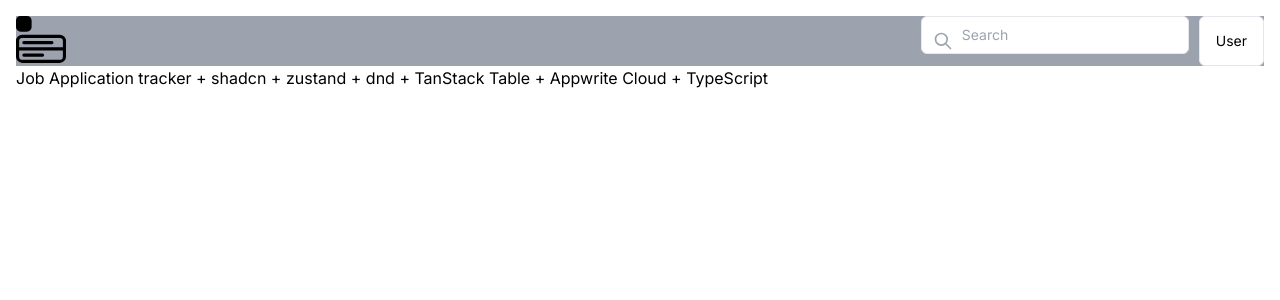
Repository: Vasil1001/job-applications-tracker-nextjs
Page: /
These files come from the project's save history. The page is drawn as it stood at one moment and after the next save; the edit follows.
The browser window is 1280 px wide. The pictures show the whole page.
The project was rebuilt for these pictures with package versions that can differ from the ones it lists, and the page was loaded fresh each time. The framework's server and built-in components were replaced by stand-ins that run in the browser. Also part of the build but not shown: next.config.js.

Above is the page before, as saved 2023-06-24 15:53:00.

### app/layout.tsx
import "./globals.css";
import { Inter } from "next/font/google";

const inter = Inter({ subsets: ["latin"] });

export const metadata = {
  title: "Job Tracker",
  description: "Generated by create next app",
};

export default function RootLayout({
  children,
}: {
  children: React.ReactNode;
}) {
  return (
    <html lang="en">
      <body suppressHydrationWarning={true} className={inter.className}>{children}</body>
    </html>
  );
}

### app/page.tsx
import Header from "@/components/Header";
import Image from "next/image";

export default function Home() {
  return (
    <main className="flex min-h-screen min-w-screen flex-col justify-between p-4">
      {/* Header Component */}
      <Header />

      {/* Board dnd Component */}

    </main>
  );
}

### components/Header.tsx
import { Search } from "lucide-react";
import React from "react";
import SearchBar from "./navbar/SearchBar";
import { BsFillMenuAppFill, BsAppIndicator, BsMenuApp} from "react-icons/bs";
import { IoIosApps } from "react-icons/io";
import { HiOutlineQueueList }from "react-icons/hi2";
import {RiSendPlaneLine} from "react-icons/ri";
import { BiNotepad } from "react-icons/bi";
export default function Header() {
  return (
    <div>
      <div className="flex justify-between bg-gray-400">
        <div className="flex">
            <BsFillMenuAppFill size={50} /> </div>
        <div className="flex gap-2.5">
          <SearchBar />
          <button className="py-2 px-4 text-black border focus-visible:outline-none focus-visible:ring-1 focus:ring-gray-400 bg-white border-gray-200 sm:text-sm rounded-md hover:border-gray-300 ">
            User
          </button>
        </div>
      </div>

      <h1>
        Job Application tracker + shadcn + zustand + dnd + TanStack Table +
        Appwrite Cloud + TypeScript
      </h1>
    </div>
  );
}

### components/navbar/SearchBar.tsx
import React from "react";

export default function SearchBar() {
  return (
    <div className="relative">
      <span className="absolute inset-y-0 left-0 flex items-center pl-3">
        <svg className="w-5 h-5 text-gray-400" viewBox="0 0 24 24" fill="none">
          <path
            d="M21 21L15 15M17 10C17 13.866 13.866 17 10 17C6.13401 17 3 13.866 3 10C3 6.13401 6.13401 3 10 3C13.866 3 17 6.13401 17 10Z"
            stroke="currentColor"
            strokeWidth="2"
            strokeLinecap="round"
            strokeLinejoin="round"
          ></path>
        </svg>
      </span>

      <input
        type="text"
        className="w-full py-2 pl-10 pr-4 border focus-visible:outline-none focus-visible:ring-1 focus:ring-gray-400 text-black bg-white border-gray-200 sm:text-sm rounded-md hover:border-gray-300 placeholder:text-gray-400 focus:placeholder:text-gray-500"
        placeholder="Search"
      />
    </div>
  );
}

Loaded but not shown: app/globals.css (common file); tailwind.config.js (common file)

After the next save:
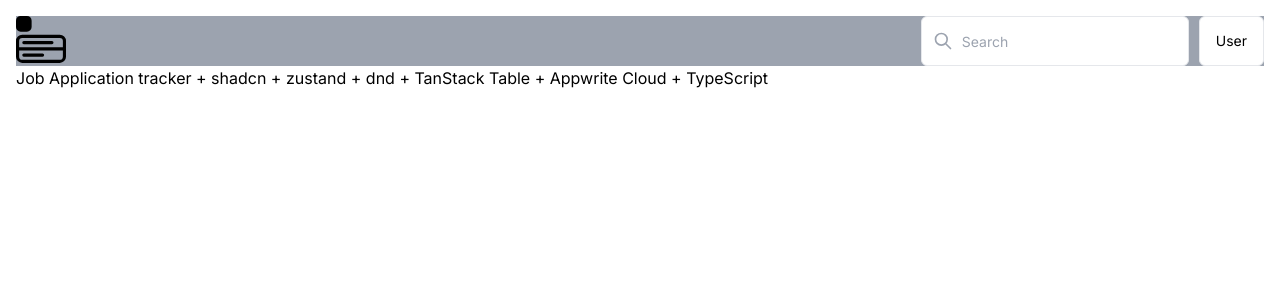
Saved 16 s later.
--- a/components/navbar/SearchBar.tsx
+++ b/components/navbar/SearchBar.tsx
@@ -17,7 +17,7 @@ export default function SearchBar() {
 
       <input
         type="text"
-        className="w-full py-2 pl-10 pr-4 border focus-visible:outline-none focus-visible:ring-1 focus:ring-gray-400 text-black bg-white border-gray-200 sm:text-sm rounded-md hover:border-gray-300 placeholder:text-gray-400 focus:placeholder:text-gray-500"
+        className="w-full h-full py-2 pl-10 pr-4 border focus-visible:outline-none focus-visible:ring-1 focus:ring-gray-400 text-black bg-white border-gray-200 sm:text-sm rounded-md hover:border-gray-300 placeholder:text-gray-400 focus:placeholder:text-gray-500"
         placeholder="Search"
       />
     </div>
